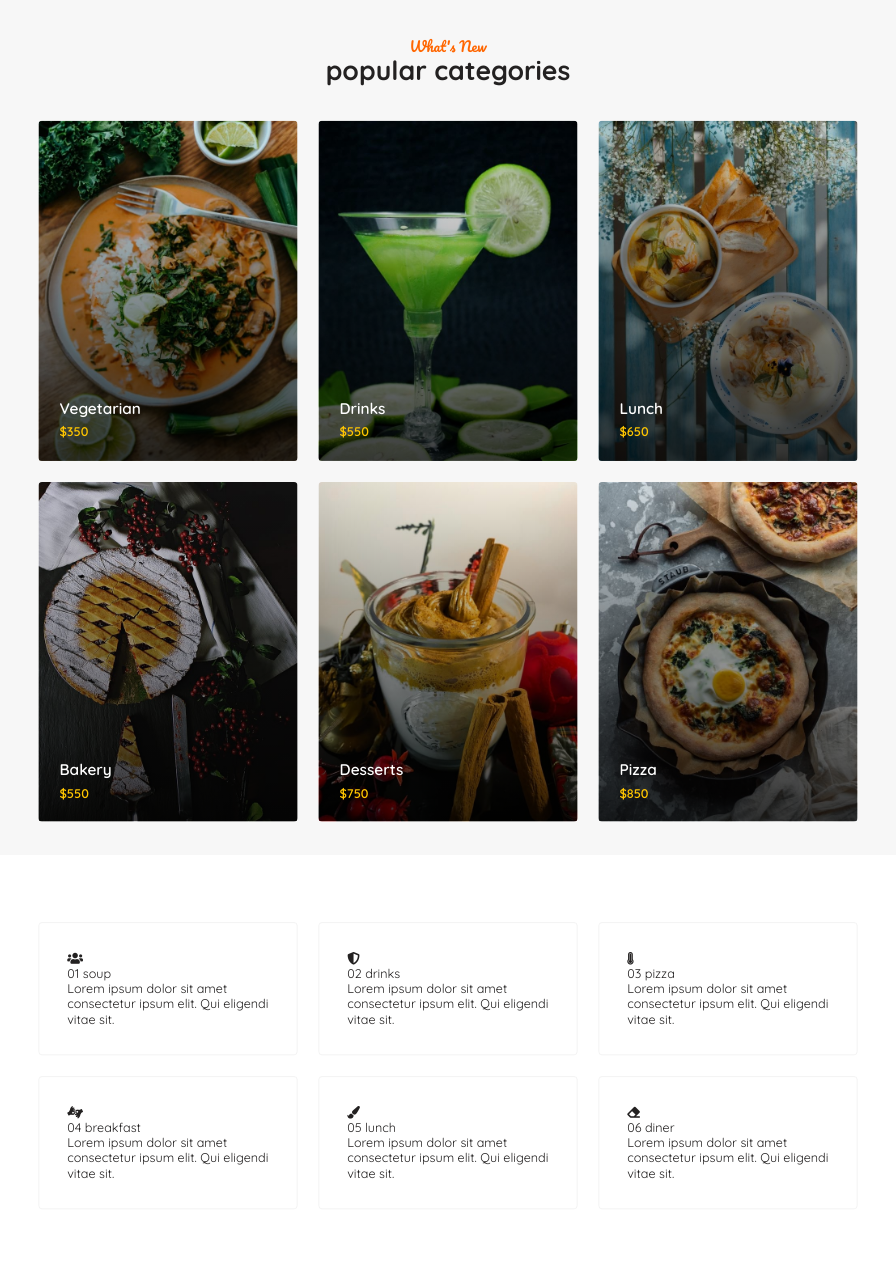
Repository: baobaodeveloper/bootscap21_project_AnhBao_VietToan_VietDuc
Page: index.html
The author's editor kept a copy of each file at every save. The page is drawn from the files as they stood at one save, then again after the next save.
The browser window is 1280 px wide. The pictures show the part of the page from y = 1579 to 3499 px (the page is 3402 px tall before and 3499 px after), at 70% of full size.
Backgrounds fixed to the window are drawn as part of the page.

Above is the page before, as saved 2022-03-03 11:22:37.

### index.html
<!DOCTYPE html>
<html lang="en">
  <head>
    <meta charset="UTF-8" />
    <meta http-equiv="X-UA-Compatible" content="IE=edge" />
    <meta name="viewport" content="width=device-width, initial-scale=1.0" />

    <!-- fontawesome link cdn -->
    <link
      rel="stylesheet"
      href="https://cdnjs.cloudflare.com/ajax/libs/font-awesome/5.15.4/css/all.min.css"
      integrity="sha512-1ycn6IcaQQ40/MKBW2W4Rhis/DbILU74C1vSrLJxCq57o941Ym01SwNsOMqvEBFlcgUa6xLiPY/NS5R+E6ztJQ=="
      crossorigin="anonymous"
      referrerpolicy="no-referrer"
    />

    <!-- font -->
    <link rel="preconnect" href="https://fonts.googleapis.com" />
    <link rel="preconnect" href="https://fonts.gstatic.com" crossorigin />
    <link
      href="https://fonts.googleapis.com/css2?family=Pacifico&family=Poppins:wght@300;400;500&family=Quicksand:wght@300;400;500;600;700&display=swap"
      rel="stylesheet"
    />

    <link rel="stylesheet" href="style.css" />
    <title>Diner</title>
  </head>
  <body>
    <header class="header">
      <div class="header__wrapper container">
        <div class="header__top">
          <a class="header__logo" href="#">Diner</a>

          <div class="header__navbar">
            <form class="navbar__search">
              <input type="search" placeholder="Search here..." id="search" />
              <label for="search" class="fas fa-search"></label>
            </form>

            <div class="mode__container">
              <i class="fas fa-sun" id="dark"></i>
              <i class="fas fa-moon" id="light"></i>
            </div>

            <div class="fa fa-bars" id="menu-button"></div>
          </div>

          <nav class="navbar__list">
            <i class="fas fa-times" id="close-button"></i>
            <a href="#">home</a>
            <a href="#">about</a>
            <a href="#">services</a>
            <a href="#">blogs</a>
            <a href="#">404</a>
            <a href="#">landing page</a>
            <a href="#">contact</a>
            <a href="#">shot codes</a>
            <a href="#">email</a>
          </nav>
        </div>

        <div class="header__content">
          <h2>the only thing we love more than food is you!</h2>
          <p>
            Lorem ipsum dolor sit amet consectetur ipsum elit. Qui eligendi
            vitae sit.Ea ipsum sed consequuntur illum facere.
          </p>
          <a href="#" class="btn"
            >read more <i class="fas fa-angle-right"></i
          ></a>
        </div>
      </div>
    </header>

    <section class="about container pad-med">
      <div class="heading">
        <span>about us</span>
        <h3>We found our creative space that is open for you.</h3>
      </div>

      <div class="text">
        <p>
          Lorem ipsum viverra feugiat. Pellen tesque libero ut justo, ultrices
          in ligula. Semper at tempufddfel. Lorem ipsum dolor sit amet elit. Non
          quae, fugiat nihil ad. Lorem ipsum dolor sit amet. Lorem ipsum init
          dolor sit, amet elit. Dolor ipsum non velit, culpa!Lorem ipsum init
          dolor sit.
        </p>

        <p>
          Lorem ipsum viverra feugiat. Pellen tesque libero ut justo, ultrices
          in ligula. Semper at tempufddfel. Lorem ipsum dolor sit amet elit. Non
          quae, fugiat nihil ad. Lorem ipsum dolor sit amet.
        </p>
      </div>
    </section>

    <section class="restaurant">
      <div class="restaurant__img">
        <img src="./image/banner3.jpg" alt="#" />
      </div>

      <div class="restaurant__content">
        <div class="heading">
          <span>more than 3000 restaurant</span>
          <h3>Book a table easly at the best price</h3>
        </div>

        <div class="text">
          <p>
            Vestibulum ante ipsum primis in faucibus orci luctus turpis sodales
            quis. Integer sit amet mattis quam.Vivamus a ligula quam tesque et
            libero ut justo ultrices in.
          </p>
        </div>

        <div class="restaurant__best">
          <div class="best__item">
            <i class="fas fa-thumbs-up"></i>
            <h4>best deals</h4>
            <p class="text">
              Lorem ipsum viverra feugiat. Pellen tesque libero justo.
            </p>
          </div>

          <div class="best__item">
            <i class="fas fa-utensils"></i>
            <h4>best food</h4>
            <p class="text">
              Lorem ipsum viverra feugiat. Pellen tesque libero justo.
            </p>
          </div>
        </div>
      </div>
    </section>

    <section class="categories-wrapper">
      <div class="categories container pad-med">
        <div class="heading text-align pad-med">
          <span>what's new</span>
          <h3>popular categories</h3>
        </div>

        <div class="categories__list">
          <div class="categories__item">
            <div class="categories__img">
              <img src="./image/g1.jpg" alt="" />
            </div>
            <div class="categories__info">
              <span class="categories__name"> vegetarian </span>
              <span class="categories__price"> $350 </span>
            </div>
          </div>

          <div class="categories__item">
            <div class="categories__img">
              <img src="./image/g2.jpg" alt="" />
            </div>
            <div class="categories__info">
              <span class="categories__name"> drinks </span>
              <span class="categories__price"> $550 </span>
            </div>
          </div>

          <div class="categories__item">
            <div class="categories__img">
              <img src="./image/g3.jpg" alt="" />
            </div>
            <div class="categories__info">
              <span class="categories__name"> lunch </span>
              <span class="categories__price"> $650 </span>
            </div>
          </div>

          <div class="categories__item">
            <div class="categories__img">
              <img src="./image/g4.jpg" alt="" />
            </div>
            <div class="categories__info">
              <span class="categories__name"> bakery </span>
              <span class="categories__price"> $550 </span>
            </div>
          </div>

          <div class="categories__item">
            <div class="categories__img">
              <img src="./image/g5.jpg" alt="" />
            </div>
            <div class="categories__info">
              <span class="categories__name"> desserts </span>
              <span class="categories__price"> $750 </span>
            </div>
          </div>

          <div class="categories__item">
            <div class="categories__img">
              <img src="./image/g6.jpg" alt="" />
            </div>
            <div class="categories__info">
              <span class="categories__name"> pizza </span>
              <span class="categories__price"> $850 </span>
            </div>
          </div>
        </div>
      </div>
    </section>

    <section class="menu container pad-med">
      <div class="menu_list pad-med">
        <div class="menu__item">
          <div class="menu__header">
            <i class="fas fa-users"></i>
            <div class="menu__info">
              <span class="menu__number">01</span>
              <span class="menu__name">soup</span>
            </div>
          </div>

          <p class="menu__content">
            Lorem ipsum dolor sit amet consectetur ipsum elit. Qui eligendi
            vitae sit.
          </p>
        </div>

        <div class="menu__item">
          <div class="menu__header">
            <i class="fas fa-shield-alt"></i>
            <div class="menu__info">
              <span class="menu__number">02</span>
              <span class="menu__name">drinks</span>
            </div>
          </div>

          <p class="menu__content">
            Lorem ipsum dolor sit amet consectetur ipsum elit. Qui eligendi
            vitae sit.
          </p>
        </div>

        <div class="menu__item">
          <div class="menu__header">
            <i class="fas fa-thermometer-full"></i>
            <div class="menu__info">
              <span class="menu__number">03</span>
              <span class="menu__name">pizza</span>
            </div>
          </div>

          <p class="menu__content">
            Lorem ipsum dolor sit amet consectetur ipsum elit. Qui eligendi
            vitae sit.
          </p>
        </div>

        <div class="menu__item">
          <div class="menu__header">
            <i class="fas fa-american-sign-language-interpreting"></i>
            <div class="menu__info">
              <span class="menu__number">04</span>
              <span class="menu__name">breakfast</span>
            </div>
          </div>

          <p class="menu__content">
            Lorem ipsum dolor sit amet consectetur ipsum elit. Qui eligendi
            vitae sit.
          </p>
        </div>

        <div class="menu__item">
          <div class="menu__header">
            <i class="fas fa-paint-brush"></i>
            <div class="menu__info">
              <span class="menu__number">05</span>
              <span class="menu__name">lunch</span>
            </div>
          </div>

          <p class="menu__content">
            Lorem ipsum dolor sit amet consectetur ipsum elit. Qui eligendi
            vitae sit.
          </p>
        </div>

        <div class="menu__item">
          <div class="menu__header">
            <i class="fas fa-eraser"></i>
            <div class="menu__info">
              <span class="menu__number">06</span>
              <span class="menu__name">diner</span>
            </div>
          </div>

          <p class="menu__content">
            Lorem ipsum dolor sit amet consectetur ipsum elit. Qui eligendi
            vitae sit.
          </p>
        </div>
      </div>
    </section>

    <script src="app.js"></script>
  </body>
</html>

### style.css
* {
  padding: 0;
  margin: 0;
  box-sizing: border-box;
}

:root {
  --primary-font: "Quicksand", sans-serif;
  --secondary-font: "Pacifico", cursive;
  --third-font: "Poppins", sans-serif;
  --primary-color: #ff6600;
  --title-color: #232121;
  --white-color: #fff;
  --text-color: #161c2db3;
  --price-color: #ffc600;
}

img {
  display: block;
  max-width: 100%;
}

button,
input {
  display: inline-block;
  border: none;

  font-family: var(--primary-font);
  font-size: 1.6rem;

  outline: none;
}

a {
  display: inline-block;
  text-decoration: none;
}

html {
  font-size: 62.5%;
}

.container {
  max-width: 1200px;
  margin: 0 auto;
  padding: 0 1.5rem;
}

body {
  color: var(--title-color);

  font-family: var(--primary-font);
  font-size: 1.8rem;
  line-height: 1.2;
}

.pad-med {
  padding-top: 4.8rem;
  padding-bottom: 4.8rem;
}

.text-align {
  text-align: center;
}

.heading span {
  margin-bottom: 0.5rem;

  color: var(--primary-color);

  font-family: var(--secondary-font);
  font-size: 2rem;
  text-transform: capitalize;
}

.heading h3 {
  font-size: 3.8rem;
}

.text {
  color: var(--text-color);

  font-size: 1.8rem;
  line-height: 1.4;
}

.text p {
  margin: 2rem 0;
}

.btn {
  display: inline-flex;
  align-items: center;
  padding: 1.2rem 4.5rem;
  border-radius: 0.5rem;
  border: 1.5px solid var(--white-color);

  color: var(--white-color);
  background-color: transparent;

  font-family: var(--third-font);
  font-size: 1.6rem;
  text-transform: capitalize;
  font-weight: bold;

  transition: 0.4s linear;
}

.btn i {
  display: inline-block;
  margin-left: 0.5rem;

  font-size: 2rem;
}

.btn:hover {
  background-color: var(--white-color);
  color: var(--primary-color);
}

/* header section starts */
#dark {
  display: none;
}

.header {
  background-image: linear-gradient(to right, #ff6600, hsl(30deg 100% 1% / 20%)),
    url(./image/banner1.jpg);

  background-size: cover;
  background-repeat: no-repeat;
  background-attachment: fixed;

  min-height: 70vh;
}

.header__top {
  display: flex;
  justify-content: space-between;
  padding-top: 4rem;
  padding-bottom: 2rem;
}

.header__logo {
  color: var(--white-color);

  font-size: 3.3rem;
  font-weight: bold;
}

.navbar__search {
  position: relative;
}

.navbar__search input {
  padding: 1rem 5rem 1rem 2rem;

  border-radius: 0.5rem;

  color: var(--text-color);
}

.navbar__search label {
  position: absolute;
  top: 50%;
  right: 2.5rem;

  transform: translate(50%, -50%);

  font-size: 1.5rem;

  cursor: pointer;
}

.header__navbar {
  display: flex;
  justify-content: space-between;
  align-items: center;
  gap: 2rem;
}

.mode__container,
#menu-button {
  color: var(--white-color);

  cursor: pointer;
}

.mode__container {
  font-size: 2.4rem;
}

#menu-button {
  font-size: 3.1rem;
}

.header__content {
  max-width: 60rem;
  margin-top: 10rem;

  color: var(--white-color);
}

.header__content h2 {
  font-size: 5.4rem;

  text-transform: capitalize;
}

.header__content p {
  margin: 2.4rem 0 4.8rem;

  font-size: 1.6rem;
  line-height: 1.6;
}

.navbar__list {
  position: fixed;
  top: 0;
  left: 0;
  width: 100vw;
  height: 100vh;
  z-index: 20;

  display: flex;
  flex-direction: column;
  align-items: center;
  justify-content: center;

  visibility: hidden;
  opacity: 0;
  transform: scale(0.9);

  background-color: rgb(6 3 0 / 77%);

  transition: transform 0.3s, opacity 0.9s, visibility 0s 0.4s;
}

.navbar__list.active {
  visibility: visible;
  opacity: 1;
  transform: scale(1);

  transition: transform 0.4s, opacity 0.4s;
}

.navbar__list a {
  margin: 1.5rem 0;

  color: var(--white-color);

  text-transform: capitalize;
  font-family: var(--third-font);
  font-size: 2rem;
  font-weight: 600;

  transition: 0.2s linear;
}

.navbar__list a:hover {
  color: var(--primary-color);
}

#close-button {
  position: absolute;
  top: 3rem;
  right: 3rem;
  z-index: 25;

  width: 3.5rem;
  height: 3.5rem;
  border-radius: 0.5rem;

  color: var(--white-color);
  background-color: var(--primary-color);

  line-height: 3.5rem;
  text-align: center;
  font-size: 1.6rem;

  cursor: pointer;
}

/* header section ends */

/* about section starts */
.about {
  display: flex;
  gap: 6rem;
  flex-wrap: wrap;
}

.about .heading {
  width: calc(40% - 3rem);
}

.about .text {
  width: calc(60% - 3rem);
}

/* about section ends */

/* restaurant section starts */
.restaurant {
  display: flex;
  justify-content: space-between;
  flex-wrap: wrap;
}

.restaurant__img {
  position: relative;

  width: 50%;
}
.restaurant__img::before {
  content: "";
  position: absolute;
  width: 100%;
  height: 100%;
  top: 0;
  left: 0;
  z-index: 4;

  background-color: rgb(16 15 19 / 46%);
}

.restaurant__img img {
  width: 100%;
  height: 100%;
  object-fit: cover;
}

.restaurant__content {
  padding: 10rem 8rem;
  width: 50%;

  background-color: var(--primary-color);
}

.restaurant__content .heading span {
  color: var(--white-color);
}

.restaurant__content .text {
  color: #ffdfc9;
}

.restaurant__best {
  margin-top: 3rem;
  display: flex;
  justify-content: space-between;
  gap: 2rem;
}

.best__item {
  width: 50%;
}
.best__item i {
  display: inline-block;
  width: 7rem;
  height: 7rem;
  border-radius: 0.5rem;

  color: var(--primary-color);
  background-color: var(--white-color);

  line-height: 7rem;
  text-align: center;
  font-size: 2.5rem;
}

.best__item h4 {
  margin: 1.5rem 0;

  text-transform: capitalize;
  font-family: var(--third-font);
  font-size: 2rem;
}
/* restaurant section ends */

/* categories section starts */
.categories-wrapper {
  background-color: #f7f7f7;
}

.categories__list {
  display: grid;
  grid-template-columns: repeat(auto-fill, minmax(30rem, 1fr));
  grid-gap: 3rem;
}

.categories__img {
  width: 100%;
}

.categories__item {
  position: relative;

  border-radius: 0.5rem;
  overflow: hidden;
}

.categories__item::before {
  content: "";
  position: absolute;
  inset: 0;
  z-index: 1;
  background: linear-gradient(
    to bottom,
    rgba(0, 0, 0, 0) 0,
    rgba(0, 0, 0, 0.53) 69%,
    rgba(0, 0, 0, 0.76) 100%
  );
}

.categories__info {
  position: absolute;
  bottom: 3rem;
  left: 3rem;
  z-index: 3;
}

.categories__name {
  display: block;
  margin-bottom: 1rem;

  color: var(--white-color);

  text-transform: capitalize;
  font-size: 2.2rem;
  font-weight: 600;
}

.categories__price {
  color: var(--price-color);

  font-size: 1.8rem;
  font-weight: 600;
}

.categories__img img {
  width: 100%;
  height: 100%;
  object-fit: cover;

  transition: 0.3s linear;
}

.categories__item:hover img {
  opacity: 0.8;
}
/* categories section ends */

/* menu section starts */
.menu_list {
  display: grid;
  grid-template-columns: repeat(auto-fill, minmax(30rem, 1fr));
  grid-gap: 3rem;
}

.menu__item {
  border: 1px solid #eee;
  border-radius: 0.5rem;
  padding: 4rem;
}
/* menu section ends */

/* media query */
@media screen and (max-width: 1200px) {
  .restaurant__img,
  .restaurant__content {
    width: 100%;
  }

  .restaurant__content {
    text-align: center;
  }

  .best__item {
    display: flex;
    flex-direction: column;
    justify-content: center;
    align-items: center;
  }

  .categories__list {
    grid-gap: 1.5rem;
  }
}

@media screen and (max-width: 991px) {
  .header {
    background-position: center;

    min-height: 60vh;
  }

  .about {
    gap: 0rem;
  }

  .about .heading {
    text-align: center;
  }

  .about .heading,
  .about .text {
    width: 100%;
  }

  .categories__item {
    max-height: 50rem;
  }
}

@media screen and (max-width: 767px) {
  html {
    font-size: 55%;
  }

  .header {
    min-height: 50vh;
  }

  .restaurant__content {
    padding: 3rem 2rem;
  }

  .categories.pad-med {
    padding-top: 1rem;
  }
}

### app.js
const menuBtn = document.getElementById("menu-button");
const navList = document.querySelector(".navbar__list");
const closBtn = document.getElementById("close-button");
menuBtn.addEventListener("click", () => {
  navList.classList.add("active");
});

closBtn.addEventListener("click", () => {
  navList.classList.remove("active");
});

After the next save:
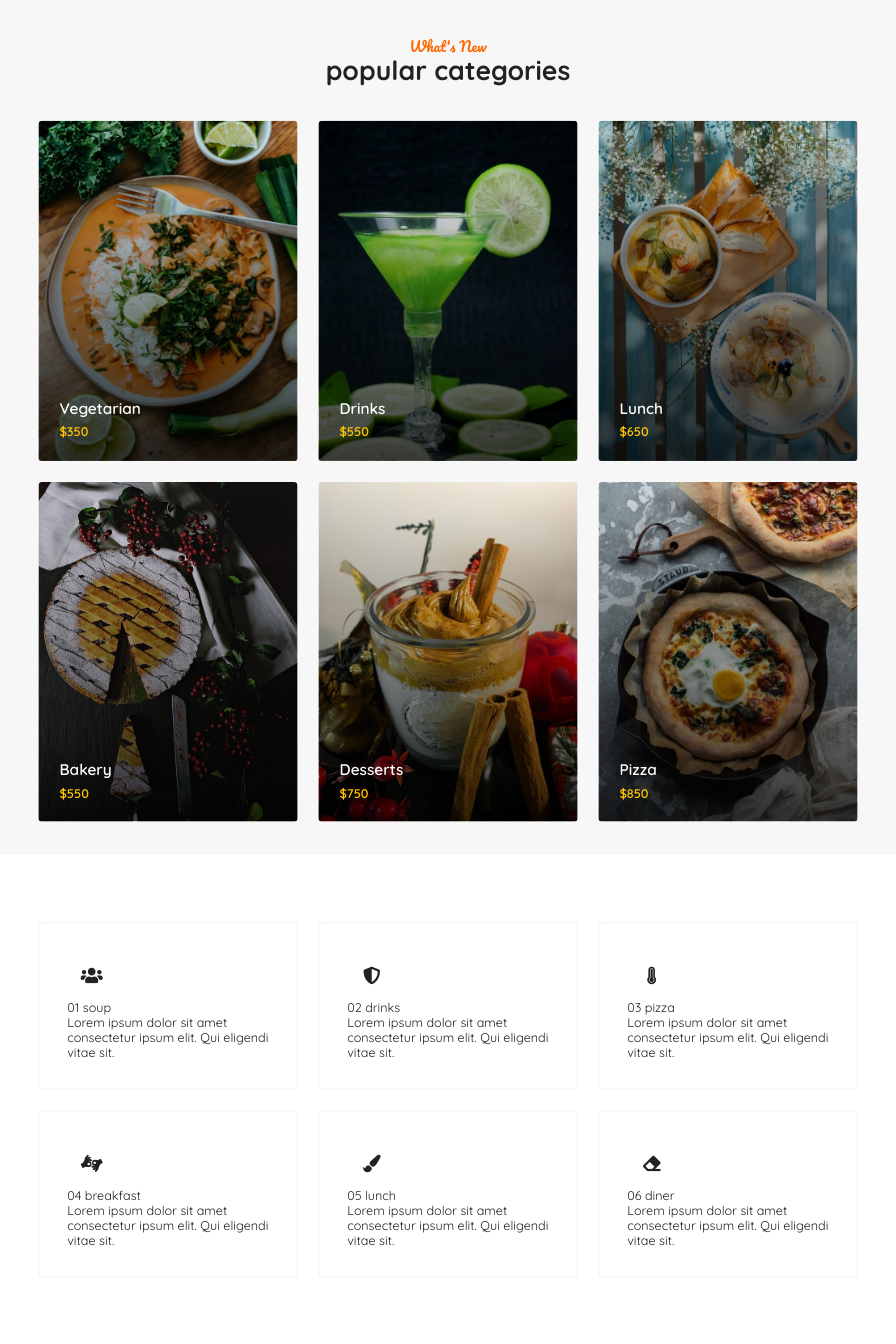
Saved 78 s later.
--- a/style.css
+++ b/style.css
@@ -463,6 +463,16 @@ body {
   border-radius: 0.5rem;
   padding: 4rem;
 }
+
+.menu__header i {
+  display: flex;
+  justify-content: center;
+  align-items: center;
+  width: 7rem;
+  height: 7rem;
+
+  font-size: 2.5rem;
+}
 /* menu section ends */
 
 /* media query */
